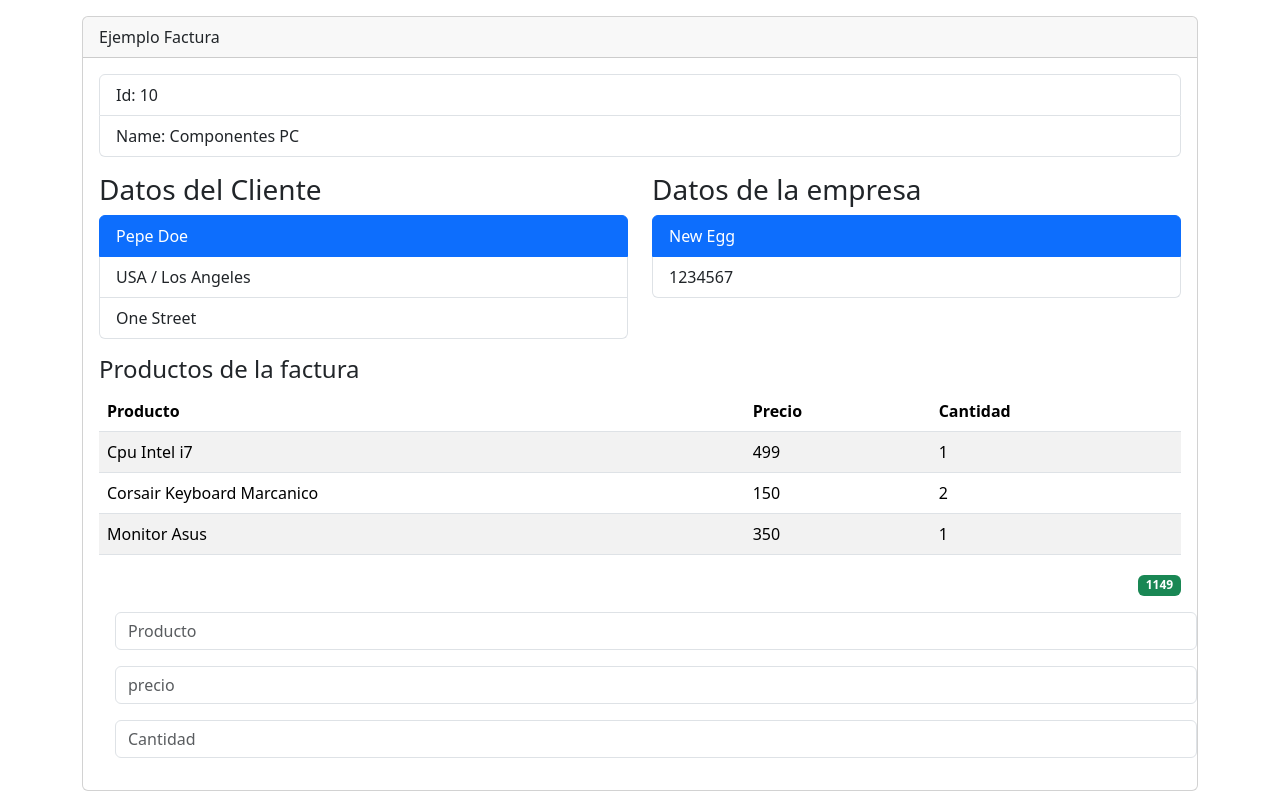
Repository: bryanesteban/4-invoice-app
Page: /
The author's editor kept a copy of each file at every save. The page is drawn from the files as they stood at one save, then again after the next save.
The browser window is 1280 px wide. The pictures show the whole page.
The project was rebuilt for these pictures with package versions that can differ from the ones it lists, and the page was loaded fresh each time. Also part of the build but not shown: vite.config.js.

Above is the page before, as saved 2023-11-13 18:06:09.

### index.html
<!doctype html>
<html lang="en">
  <head>
    <meta charset="UTF-8" />
    <link rel="icon" type="image/svg+xml" href="/vite.svg" />
    <link href="https://cdn.jsdelivr.net/npm/bootstrap@5.3.2/dist/css/bootstrap.min.css" rel="stylesheet" integrity="sha384-T3c6CoIi6uLrA9TneNEoa7RxnatzjcDSCmG1MXxSR1GAsXEV/Dwwykc2MPK8M2HN" crossorigin="anonymous">
    <meta name="viewport" content="width=device-width, initial-scale=1.0" />
    <title>Vite + React</title>
  </head>
  <body>
    <div id="root"></div>
    <script type="module" src="/src/main.jsx"></script>
  </body>
</html>

### src/main.jsx
import React from 'react'
import ReactDOM from 'react-dom/client'
import { InvoiceApp } from './InvoiceApp'


ReactDOM.createRoot(document.getElementById('root')).render(
  <React.StrictMode>
    <InvoiceApp />
  </React.StrictMode>,
)

### src/InvoiceApp.jsx
import { getInvoice } from "./services/getInvoice"
import { ClientView } from "./components/ClientView";
import { CompanyView } from "./components/CompanyView";
import { InvoiceView } from "./components/InvoiceView";
import { ListItemsView } from "./components/ListItemsView";
import { TotalView } from "./components/totalView";


export const InvoiceApp = () =>{

    const {id, name, client, company, items, total} = getInvoice();

    return(
       <>
        <div className="container">

            <div className="card my-3" >

                <div className= "card-header">

                    Ejemplo Factura
                </div>

                <div className="card-body">
                       <InvoiceView id= {id} name ={name}/>
                    <div className="row my-3">
                        <div className="col">
                           <ClientView title= "Datos del Cliente" client = {client} />
                        </div>
                        <div className="col">
                           <CompanyView title= "Datos de la empresa" company ={company} />
                        </div>
                    </div>
                    <ListItemsView title="Productos de la factura" items={items} />
                    <TotalView total={total}></TotalView>
                    <form>
                        <input type="text"
                               name="product"
                               placeholder="Producto" className="form-control m-3" onChange={event =>{
                                console.log(event.target.value)
                               }}/>

                        <input type="text"
                               name="price"
                               placeholder="precio" className="form-control m-3" onChange={event =>{
                                console.log(event.target.value)
                               }}/>

                        <input type="text"
                               name="quantity"
                               placeholder="Cantidad" className="form-control m-3" onChange={event =>{
                                console.log(event.target.value)
                               }}/>
                    </form>
                </div>
            </div>
        </div>

       </>
    )
}

### src/services/getInvoice.js
import { invoice } from "../data/invoice"

export const getInvoice = () => {

    //console.log(invoice);

    /*let total = 0;
    invoice.items.forEach( items =>{
        total =total + items.price * items.quantity;

    });*/

    const total = invoice.items
        .map( item => item.price * item.quantity)
        .reduce((accumulator,currentValue) => accumulator + currentValue, 0)

    return {...invoice,total};
}

### src/components/ClientView.jsx
import PropTypes from 'prop-types';

export const ClientView = ({title, client}) =>{
    const {
        name: nameClient,
        lastname,
        address:{
            country,
            city,
            street,
            number}
         } = client;

    //const { country, city, street, number} = address;

    return (
        <>
         <h3>{title}</h3>
                            <ul className="list-group">
                                <li className="list-group-item active">{nameClient} {lastname}</li>
                                <li className="list-group-item">{country} / {city}</li>
                                <li className="list-group-item">{street} {number}</li>
                            </ul>
        </>
    )
}

ClientView.protoTypes ={
    title: PropTypes.string.isRequired,
    client: PropTypes.object.isRequired,
}

### src/components/CompanyView.jsx
import PropTypes from 'prop-types';

export const CompanyView = ({title, company}) => {


    return (
        <>
        <h3>{ title }</h3>
                            <ul className="list-group">
                                <li className="list-group-item active"> {company.name}</li>
                                <li className="list-group-item"> {company.fiscalNumber}</li>
                            </ul>
        </>
    )
}

CompanyView.propTypes = {
    title: PropTypes.string.isRequired,
    company: PropTypes.object.isRequired,

}

### src/components/InvoiceView.jsx
import PropTypes from 'prop-types';
export const InvoiceView = ({id, name}) =>{

    return (
        <>
         <ul className ="list-group">
                            <li className="list-group-item">Id: {id}</li>
                            <li className="list-group-item">Name: {name}</li>
                        </ul>

        </>
    )
}

InvoiceView.propTypes = {
    id: PropTypes.number.isRequired,
    name: PropTypes.string.isRequired
}

### src/components/ListItemsView.jsx
import { RowItemView } from "./RowItemView"
import PropTypes from 'prop-types';

export const ListItemsView  = ({title, items}) => {

    return (
        <>
        <h4> {title}</h4>
                    <table className="table table-striped table-hover">
                        <thead>
                            <tr>
                                <th>Producto</th>
                                <th>Precio</th>
                                <th>Cantidad</th>
                            </tr>
                        </thead>
                        <tbody>
                            {items.map(({id, producto, price,quantity}) => (
                                    <RowItemView key={ id } product={producto} price={price} quantity={quantity} />
                            ))}
                        </tbody>

                    </table>
        </>
    )

}

ListItemsView.propTypes = {
    title : PropTypes.string.isRequired,
    items: PropTypes.array.isRequired,
}

### src/components/totalView.jsx
export const TotalView  = ({total}) =>{


    return (
    <>
    <div className="text-end">
        <span className="badge bg-success">{total}</span>
    </div>
    </>
    )
}

### src/data/invoice.js
export const invoice ={
    id: 10,
    name: 'Componentes PC',
    client:{
        name:'Pepe',
        lastname:'Doe',
        address:{
            country:'USA',
            city: 'Los Angeles',
            street:' One Street',
            numeber:12
        }
    },
        company:{
            name:'New Egg',
            fiscalNumber: 1234567,
        },
        items: [
           {
            id: 1,
            producto: 'Cpu Intel i7',
            price: 499,
            quantity: 1,
           },
           {
            id: 2,
            producto: 'Corsair Keyboard Marcanico',
            price: 150,
            quantity: 2,
           },
           {
            id: 3,
            producto: 'Monitor Asus',
            price: 350,
            quantity: 1,
           },

        ]


}

### src/components/RowItemView.jsx
import PropTypes from 'prop-types';

export const RowItemView = ({product, price, quantity}) => {
    return (
        <>
             <tr >
                    <td>{product}</td>
                    <td>{price}</td>
                    <td>{quantity}</td>
            </tr>
        </>
    )
}


RowItemView.propTypes = {
    product :  PropTypes.string.isRequired,
    price : PropTypes.number.isRequired,
    quantity : PropTypes.number.isRequired,
}

After the next save:
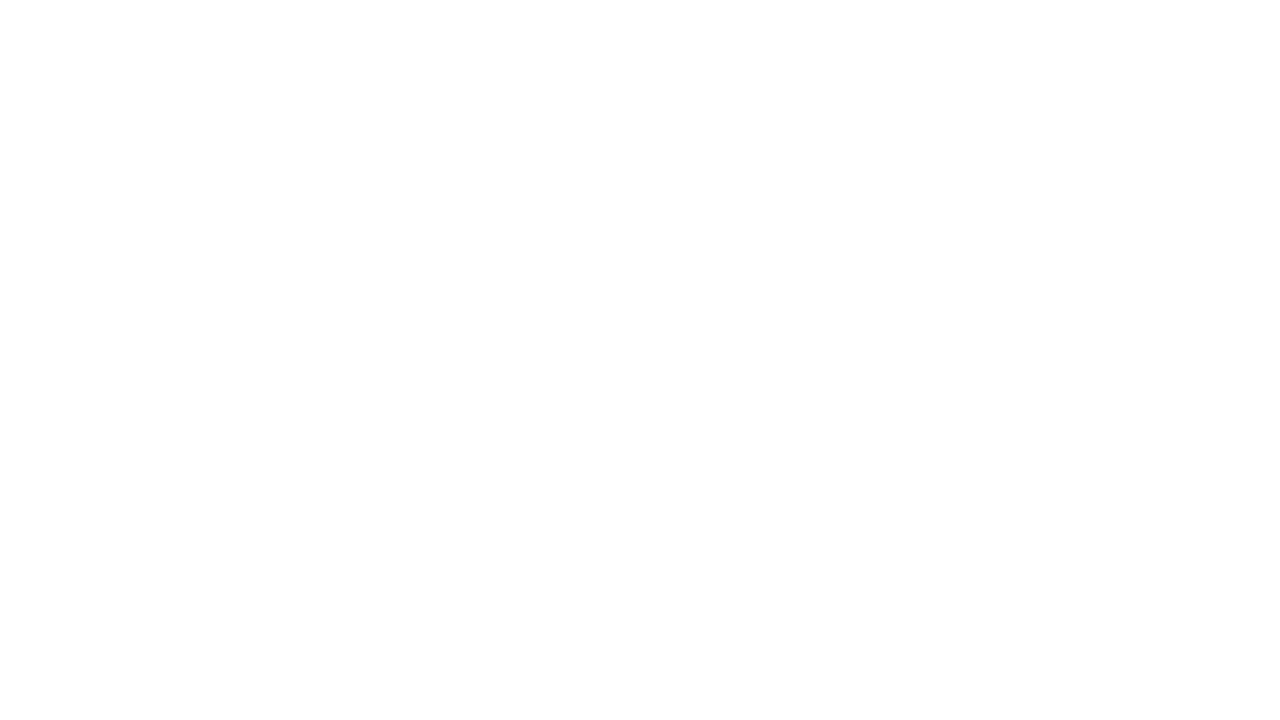
Console error: ReferenceError: useState is not defined
Saved 11 min 1 s later.
--- a/src/InvoiceApp.jsx
+++ b/src/InvoiceApp.jsx
@@ -10,6 +10,7 @@
 
     const {id, name, client, company, items, total} = getInvoice();
 
+    const [productValue, setProductValue] = useState('');
     return(
        <>
         <div className="container">

After the 6 saves that followed:
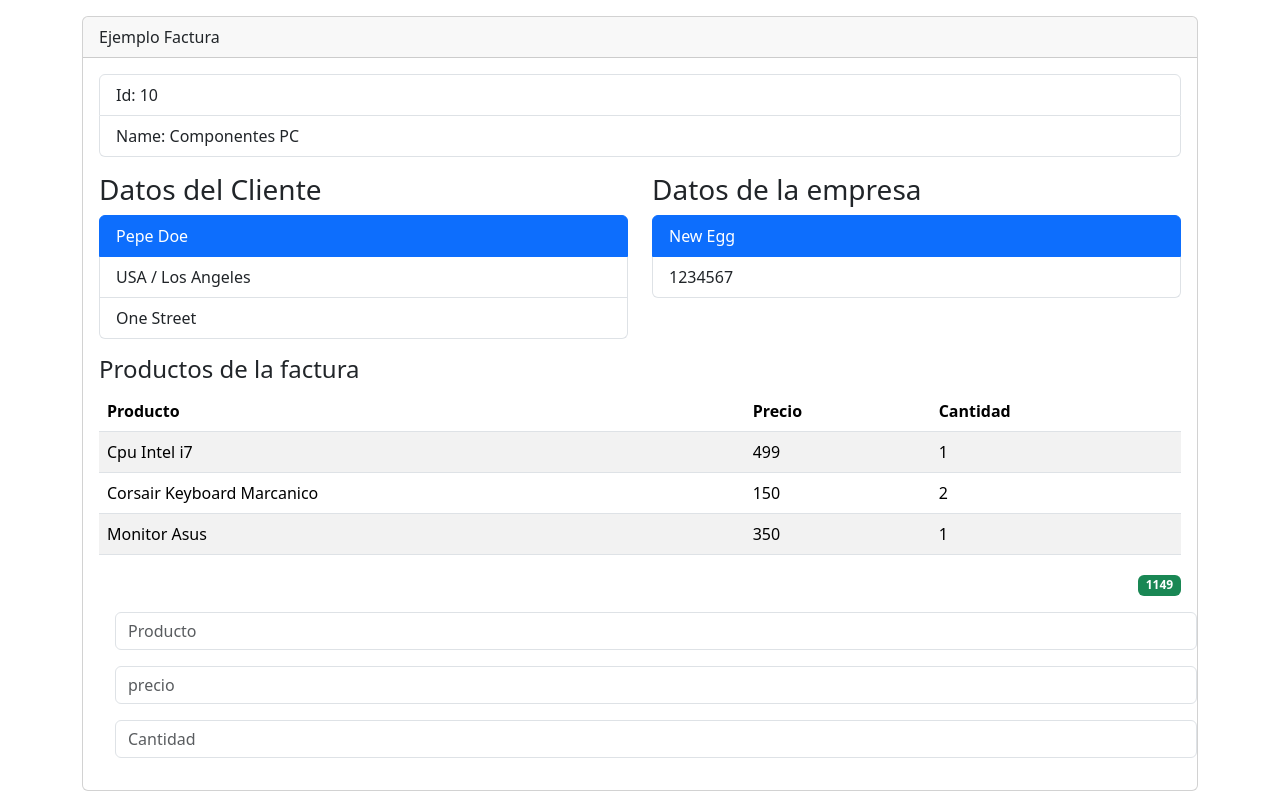
The error is gone.
The 6 saves are shown as one change because 1 did not build or start and 3 left the picture as it was and some came seconds apart.
The last was saved 5 min 43 s later.
--- a/src/InvoiceApp.jsx
+++ b/src/InvoiceApp.jsx
@@ -4,13 +4,19 @@
 import { InvoiceView } from "./components/InvoiceView";
 import { ListItemsView } from "./components/ListItemsView";
 import { TotalView } from "./components/totalView";
+import { useState } from "react";
 
 
 export const InvoiceApp = () =>{
 
-    const {id, name, client, company, items, total} = getInvoice();
+    const {id, name, client, company, items: itemsInitial, total} = getInvoice();
 
     const [productValue, setProductValue] = useState('');
+    const [priceValue, setPriceValue] = useState(0);
+    const [quantityValue, setQuantityValue] = useState(0);
+
+    const [items, settems] = useState(itemsInitial);
+
     return(
        <>
         <div className="container">
@@ -38,18 +44,20 @@
                         <input type="text"
                                name="product"
                                placeholder="Producto" className="form-control m-3" onChange={event =>{
-                                console.log(event.target.value)
+                               setProductValue(event.target.value)
                                }}/>
 
                         <input type="text"
                                name="price"
                                placeholder="precio" className="form-control m-3" onChange={event =>{
+                                setPriceValue(event.target.value)
                                 console.log(event.target.value)
                                }}/>
 
                         <input type="text"
                                name="quantity"
                                placeholder="Cantidad" className="form-control m-3" onChange={event =>{
+                                setQuantityValue(event.target.value)
                                 console.log(event.target.value)
                                }}/>
                     </form>
